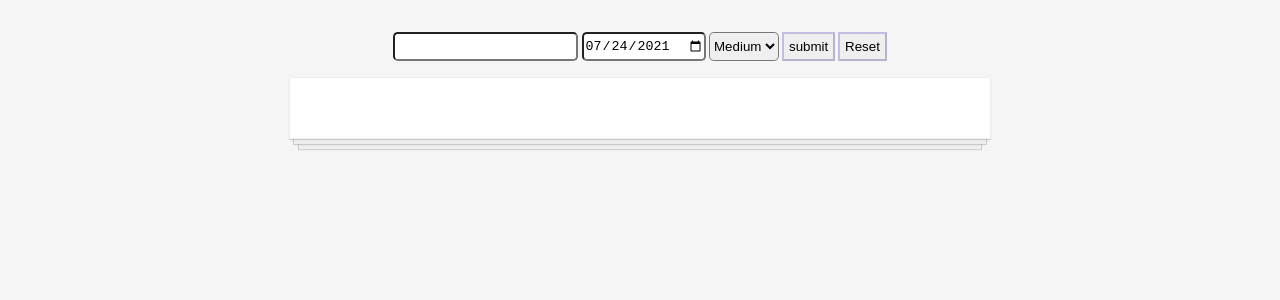
Repository: 0101chaitanya/react-todo
Page: /
The author's editor kept a copy of each file at every save. The page is drawn from the files as they stood at one save, then again after the next save.
The browser window is 1280 px wide. The pictures show the whole page.
The project was rebuilt for these pictures with package versions that can differ from the ones it lists, and the page was loaded fresh each time. Also part of the build but not shown: src/components/TodoItem.js.

Above is the page before, as saved 2021-07-24 16:40:12.

After the next save:
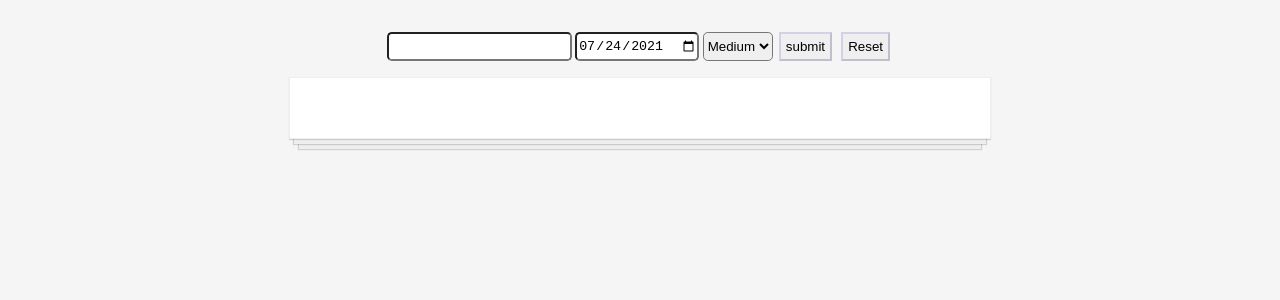
Saved 17 s later.
--- a/src/App.css
+++ b/src/App.css
@@ -58,5 +58,6 @@ button,
 input[type="submit"],
 input[type="reset"] {
   padding: 0.3rem;
-  border-color: rgba(99, 75, 202, 0.301);
+  border-color: rgba(152, 138, 212, 0.301);
+  margin: 0 0.2rem;
 }
